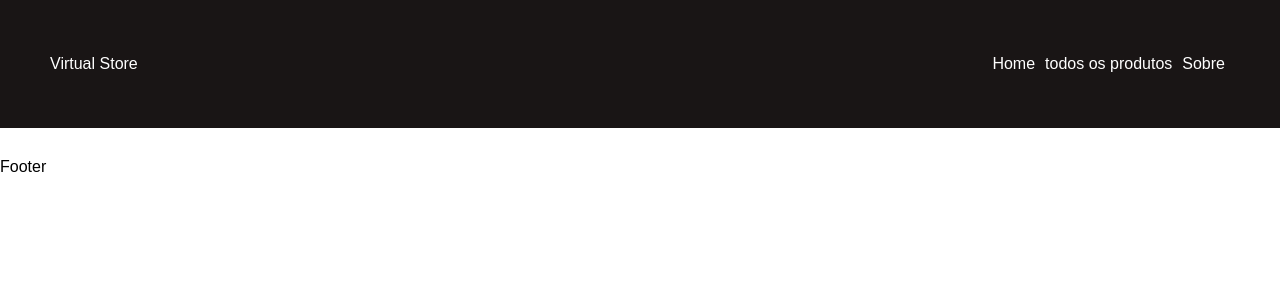
Repository: meiotera/virtuL-store
Page: /lista-de-produtos
The author's editor kept a copy of each file at every save. The page is drawn from the files as they stood at one save, then again after the next save.
The browser window is 1280 px wide. The pictures show the whole page.
The page's requests for data from a server got no answer. The project was rebuilt for these pictures with package versions that can differ from the ones it lists, and the page was loaded fresh each time. No one was signed in, and anything a server would have sent is missing. Also part of the build but not shown: vite.config.js, src/pages/Home.jsx, src/styles/ProductCard.module.css, src/styles/Button.module.css, src/components/Button.jsx, src/components/ProductCard.jsx.

Above is the page before, as saved 2025-04-08 15:58:39.

After the next save:
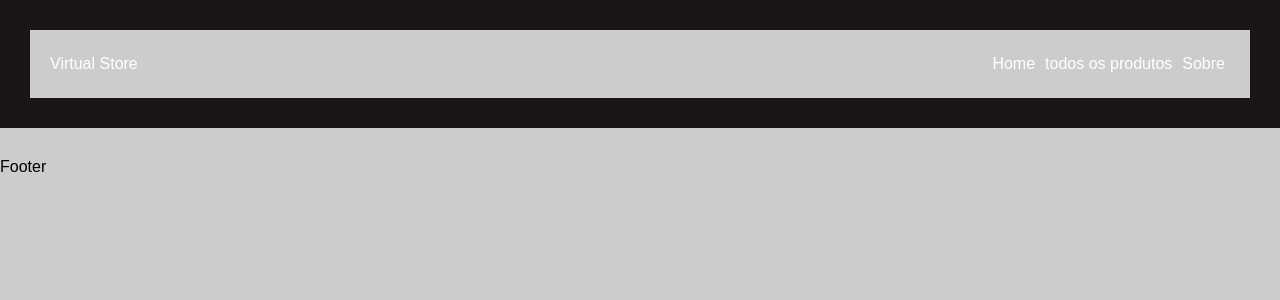
Saved 45 s later.
--- a/src/index.css
+++ b/src/index.css
@@ -2,7 +2,7 @@
   margin: 0;
   padding: 0;
   list-style: none;
-
+  background-color: #ccc;
   font-family: Arial, Helvetica, sans-serif;
 }
 

After the save that followed:
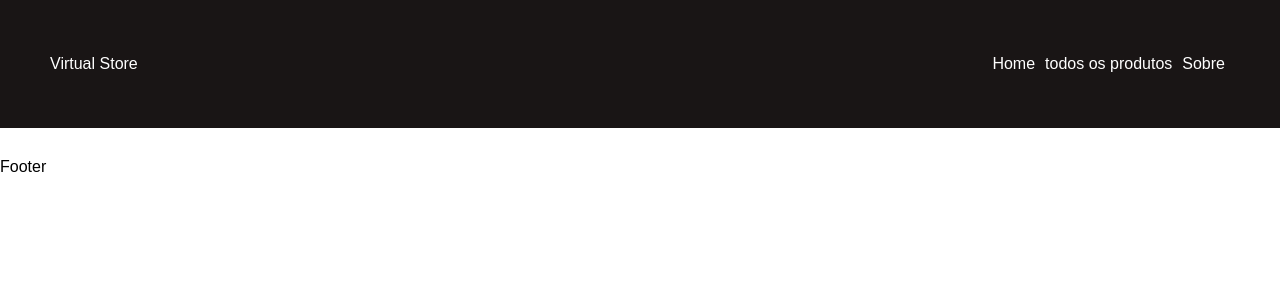
Saved 8 s later.
--- a/src/index.css
+++ b/src/index.css
@@ -2,7 +2,7 @@
   margin: 0;
   padding: 0;
   list-style: none;
-  background-color: #ccc;
+
   font-family: Arial, Helvetica, sans-serif;
 }
 
